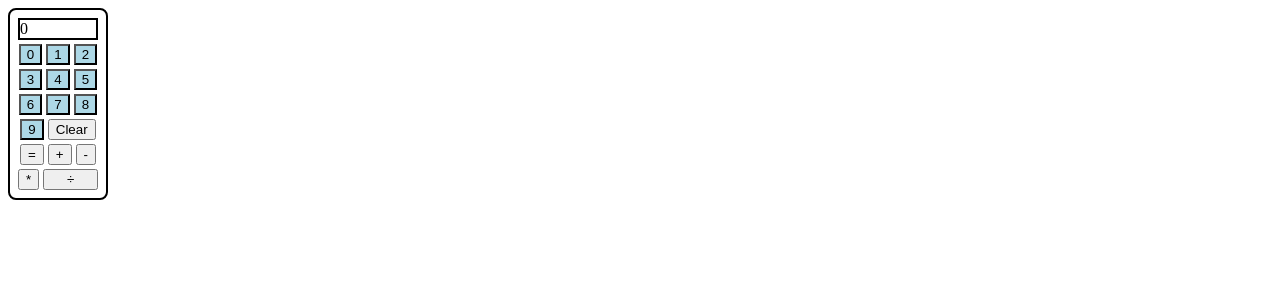
Repository: weazzyefff/Calculator-App
Page: index.html
These files come from the project's save history. The page is drawn as it stood at one moment and after the next save; the edit follows.
The browser window is 1280 px wide. The pictures show the whole page.

Above is the page before, as saved 2022-12-20 21:32:19.

After the next save:
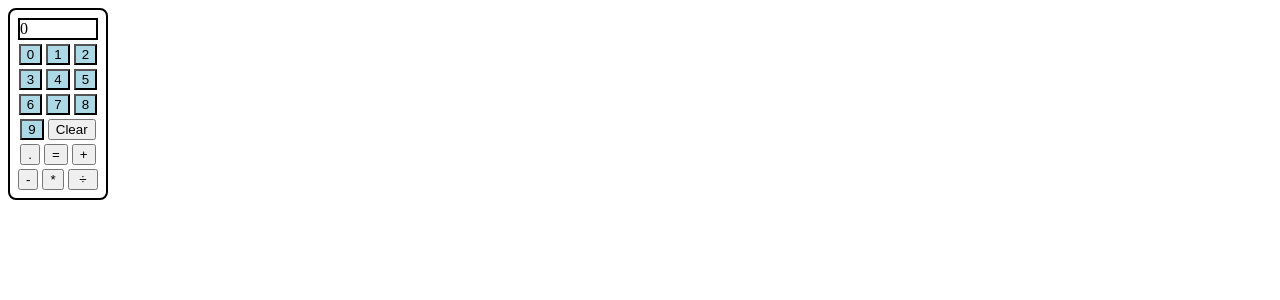
Saved 98 s later.
--- a/index.html
+++ b/index.html
@@ -21,6 +21,7 @@
         <button type ="input" class="numbtn" id="8">8</button>
         <button type ="input" class="numbtn" id="9">9</button>
         <button type ="input" class="otherBtn" id="clear">Clear</button>
+        <button type ="input" class="otherBtn" id="=">.</button>
         <button type ="input" class="otherBtn" id="=">=</button>
         <button type ="input" class="otherBtn" id="+">+</button>
         <button type = "input" class="otherBtn" id="-">-</button>
